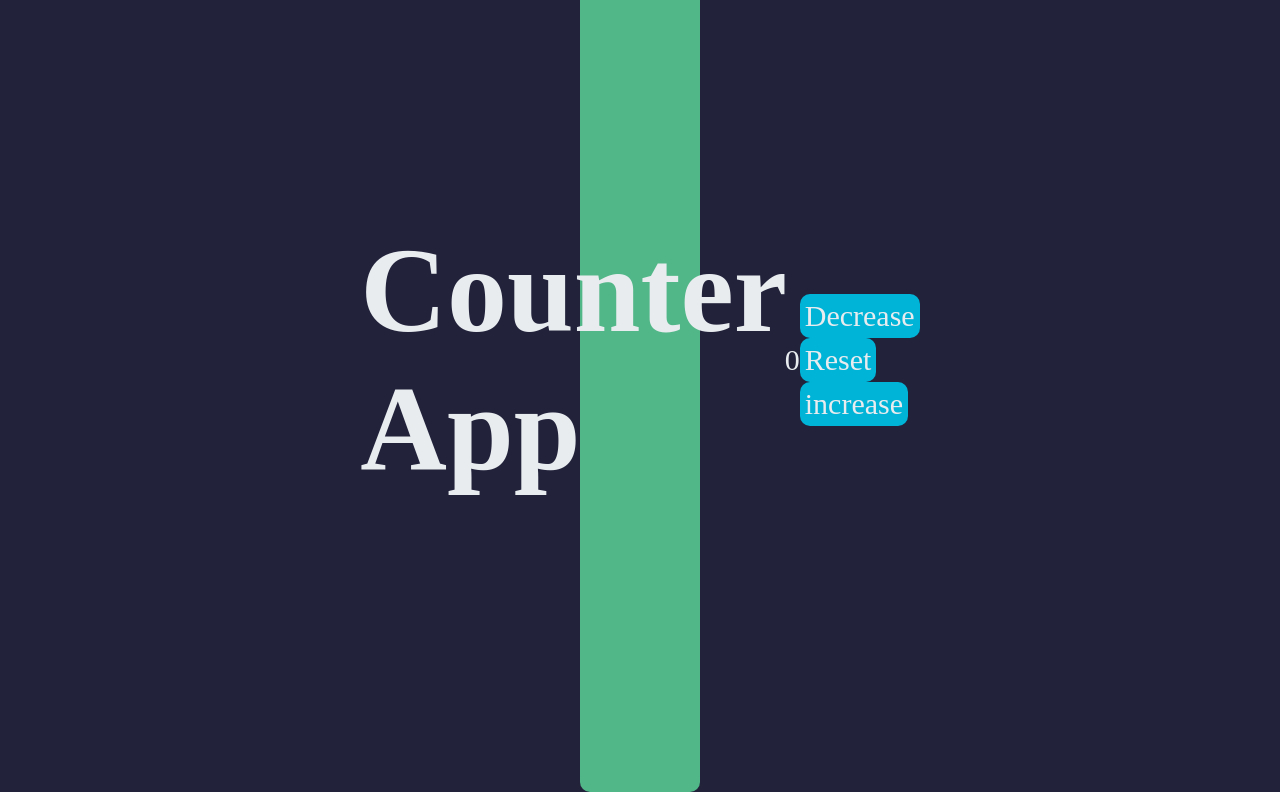
Repository: Yuukicoder/basicProject
Page: project2.html
The author's editor kept a copy of each file at every save. The page is drawn from the files as they stood at one save, then again after the next save.
The browser window is 1280 px wide. The pictures show the whole page.
Some web fonts or font styles are not loaded; a fallback is used.

Above is the page before, as saved 2023-02-24 21:39:08.

### project2.html
<!DOCTYPE html>
<html lang="en">
  <head>
    <meta charset="UTF-8" />
    <meta http-equiv="X-UA-Compatible" content="IE=edge" />
    <meta name="viewport" content="width=device-width, initial-scale=1.0" />
    <title>Counter App</title>
    <link
      rel="shortcut icon"
      href="assets/Image/project2.png"
      type="image/x-icon"
    />
    <link rel="stylesheet" href="assets/css/project2.css" />
  </head>
  <body>
    <section class="box">
      <h1>Counter App</h1>
      <p class="counter-preview">0</p>
      <div class="buttons" id="allBtns">
        <button class="decrement" id="decrement">Decrease</button>
        <button class="reset" id="reset">Reset</button>
        <button class="increment" id="increment">increase</button>
      </div>
    </section>
    <script src="assets/js/project2.js"></script>
  </body>
</html>

### assets/css/project2.css
@import url("https://fonts.googleapis.com/css2?family=Arima:wght@100;200;300;400;500;700&display=swap");
* {
  margin: 0;
  padding: 0;
  box-sizing: border-box;
  /* border: 1px solid black; */
}
:root {
  --button: #00b4d8;
  --text: #e9ecef;
}
body {
  background-color: #22223b;
  height: 100vh;
  width: 100vw;
  display: flex;
  align-items: center;
  justify-content: center;
}
.box {
  width: 120px;
  height: 120%;
  background-color: #52b788;
  display: flex;
  align-items: center;
  justify-content: center;
  border-radius: 10px;
}
h1,
p {
  color: var(--text);
}
h1 {
  font-family: Arima;
  font-size: 120px;
  display: block;
  margin-right: auto;
  margin-left: auto;
}
p {
  display: block;
  font-size: 30px;
}
button {
  display: block;
  background-color: var(--button);
  color: var(--text);
  font-family: Arima;
  font-size: 30px;
  border: none;
  border-radius: 10px;
  padding: 5px 5px;
}

### assets/js/project2.js
const display = document.querySelector('.counter-preview');
const allBtns = document.querySelector('#allBtns');
allBtns.addEventListener('click',counter);
var value = 0;
function counter(x) {
    const btn = x.target.id;
    if(btn === 'increment'){
        value += 1;
    }
    else if(btn === 'decrement'){
        value -= 1;
    }
    else value = 0;
    display.textContent = value;
}

After the next save:
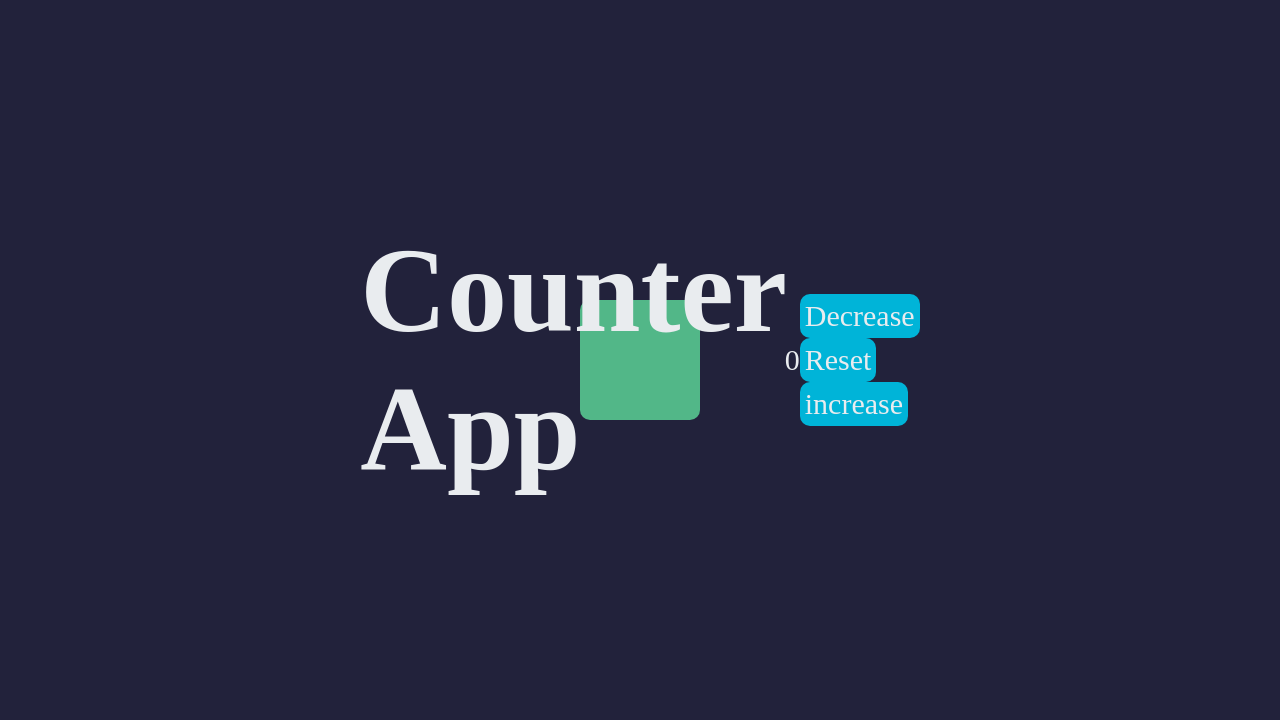
Saved 4 s later.
--- a/assets/css/project2.css
+++ b/assets/css/project2.css
@@ -19,7 +19,7 @@ body {
 }
 .box {
   width: 120px;
-  height: 120%;
+  height: 120px;
   background-color: #52b788;
   display: flex;
   align-items: center;
